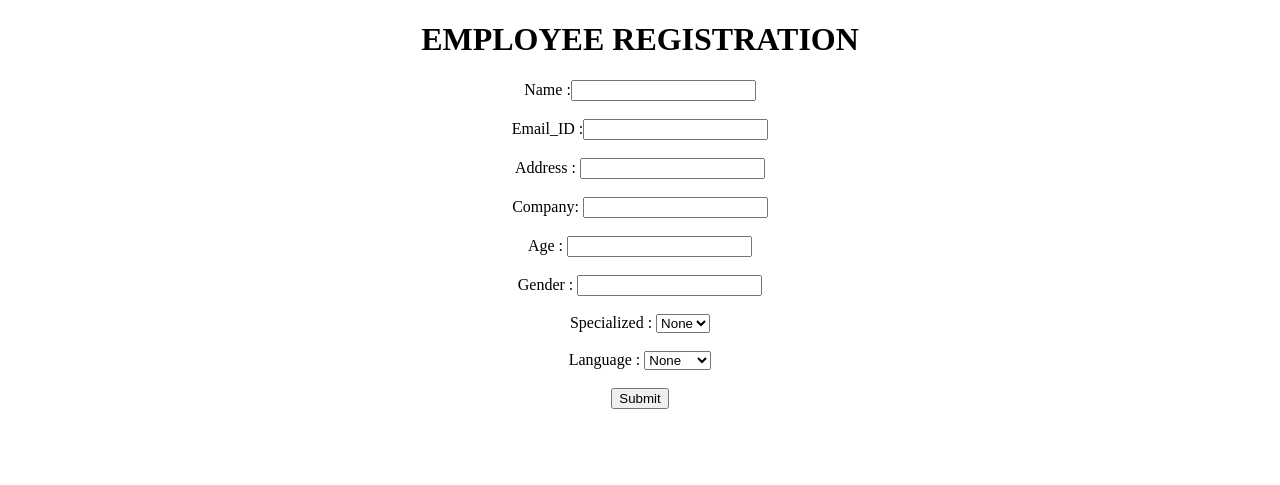
Repository: sunil965/JDBC-Servlet-JSP
Page: http://localhost/JspRegistrationTask/employeeDetailCall
These files come from the project's save history. The page is drawn as it stood at one moment and after the next save; the edit follows.
The browser window is 1280 px wide. The pictures show the whole page.
The page is served by Tomcat 9.

Above is the page before, as saved 2017-05-02 11:43:03.

After the next save:
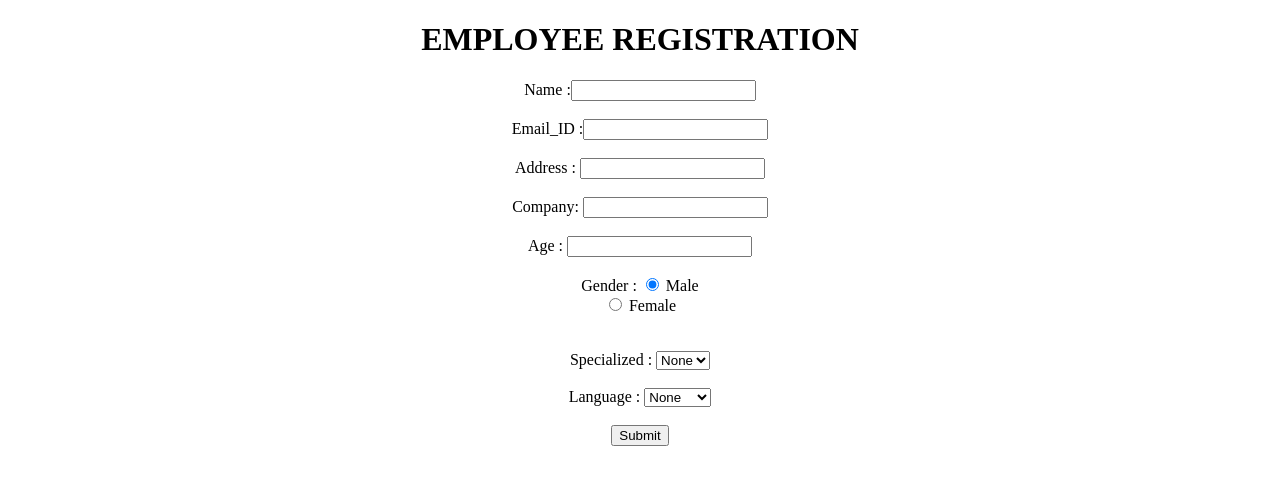
Saved 6 min 15 s later.
--- a/JspRegistrationTask/WebContent/employee.jsp
+++ b/JspRegistrationTask/WebContent/employee.jsp
@@ -15,7 +15,8 @@
 		Address : <input type="text" name="address"><br><br>
 		Company: <input type="text" name="company"><br><br>
 		Age : <input type="text" name="age"><br><br>
-		Gender : <input type="text" name="gender"><br><br>
+		Gender : <input type="radio" name="gender" value="male" checked> Male<br>
+  				 <input type="radio" name="gender" value="female"> Female<br><br><br>
 		Specialized : <select name="specialized">
 						  <option value="">None</option>
 						  <option value="c">C</option>
